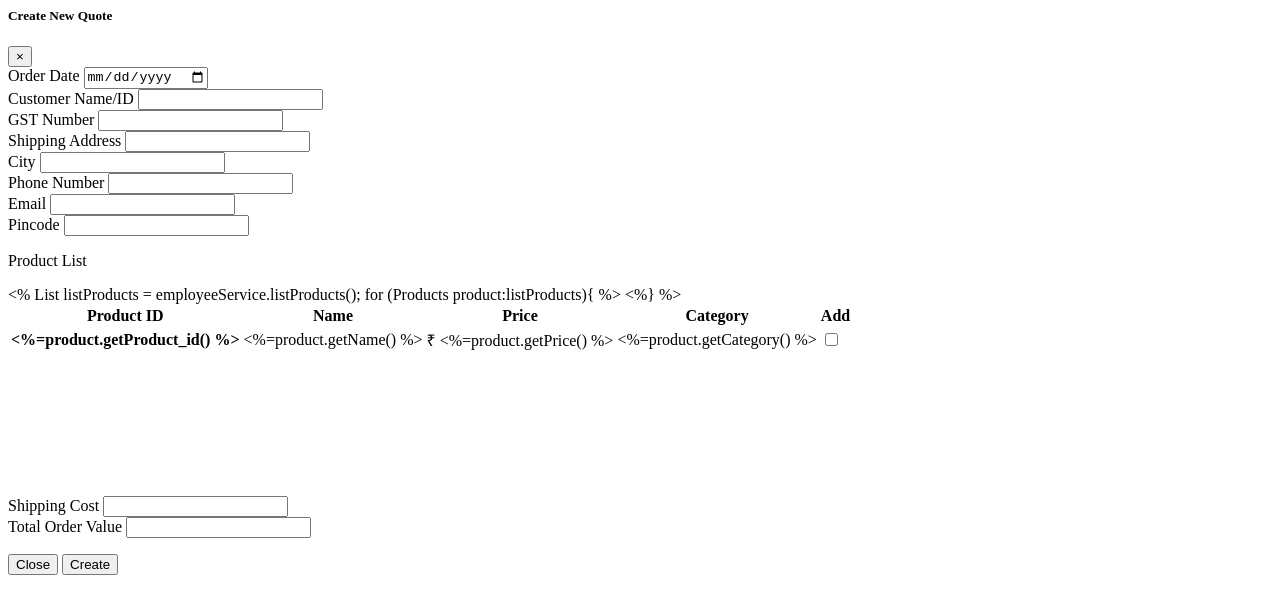
Repository: hrishibhattu/CodeFury-Internal-2
Page: ToYoDo/WebContent/WEB-INF/modal/quote.html
The author's editor kept a copy of each file at every save. The page is drawn from the files as they stood at one save, then again after the next save.
The browser window is 1280 px wide. The pictures show the whole page.

Above is the page before, as saved 2021-09-19 13:25:18.

### ToYoDo/WebContent/WEB-INF/modal/quote.html
<!-- modal for creating new quote -->
<div class="modal fade" id="exampleModalCenter" tabindex="-1"
	role="dialog" aria-labelledby="exampleModalCenterTitle"
	aria-hidden="true">
	<div class="modal-dialog modal-dialog-centered modal-lg" role="document">
		<div class="modal-content">
			<div class="modal-header">
				<h5 class="modal-title" id="exampleModalLongTitle">Create New
					Quote</h5>
				<button type="button" class="close" data-dismiss="modal"
					aria-label="Close">
					<span aria-hidden="true">&times;</span>
				</button>
			</div>
			<div class="modal-body">

				<form>
					<div class="form-row">
						<div class="form-group col-md-4">
							<label for="orderdate">Order Date</label> <input type="date"
								class="form-control" id="inputEmail4">
						</div>
						<div class="form-group col-md-4">
							<label for="customerNameID">Customer Name/ID</label> <input type="text"
							class="form-control" id="inputAddress">
						</div>
						<div class="form-group col-md-4">
							<label for="gstNo">GST Number</label> <input type="text"
							class="form-control" id="inputAddress">
						</div>
					</div>
					<div class="form-row">
						<div class="form-group col-md-6">
							<label for="shippingAddress">Shipping Address</label> <input type="text"
							class="form-control" id="inputAddress">
						</div>
						<div class="form-group col-md-6">
							<label for="city">City</label> <input type="text"
							class="form-control" id="city">
						</div>
					</div>
					<div class="form-row">
						<div class="form-group col-md-4">
							<label for="phone">Phone Number</label> <input type="number"
							class="form-control" id="phone">
						</div>
						<div class="form-group col-md-6">
							<label for="email">Email</label> <input type="email"
							class="form-control" id="email">
						</div>
						<div class="form-group col-md-2">
							<label for="pincode">Pincode</label> <input type="number"
							class="form-control" id="pincode">
						</div>
					</div>
					<p>Product List</p>

					<div class="container-fluid" style="height: 210px; overflow-y: auto;">
					    <div class="row">
						      <table class="table table-hover table-sm">
								  <thead class="thead-dark">
								    <tr>
								      <th scope="col">Product ID</th>
								      <th scope="col">Name</th>
								      <th scope="col">Price</th>
								      <th scope="col">Category</th>
								      <th scope="col">Add</th>
								    </tr>
								  </thead>
								  <tbody>
									<%
										List<Products> listProducts = employeeService.listProducts();
										for (Products product:listProducts){
									%>
								    <tr>
								      <th><%=product.getProduct_id() %></th>
								      <td><%=product.getName() %></td>
								      <td>&#8377; <%=product.getPrice() %></td>
								      <td><%=product.getCategory() %></td>
								      <td><input type="checkbox" name="addProduct"></td>
								    </tr>

								    <%} %>
								  </tbody>
							</table>
					    </div>
					</div>
							<div class="form-row">
								<div class="form-group col-md-6">
									<label for="shippingCost">Shipping Cost</label> <input type="number"
									class="form-control" id="shippingCost">
								</div>
								<div class="form-group col-md-6">
									<label for="totalOrderValue">Total Order Value</label> <input type="number"
									class="form-control" id="totalOrderValue">
								</div>
							</div>
				</form>

			</div>
			<div class="modal-footer">
				<button type="button" class="btn btn-secondary" data-dismiss="modal">Close</button>
				<button type="button" class="btn btn-primary">Create</button>
			</div>
		</div>
	</div>
</div>

After the next save:
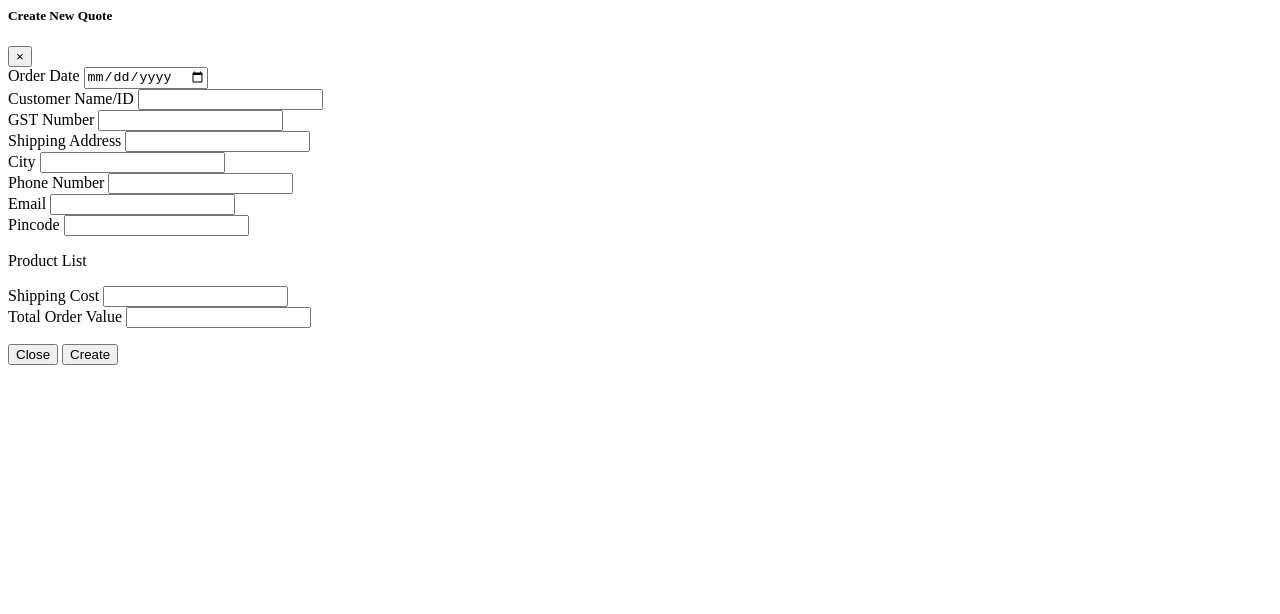
Saved 114 s later.
--- a/ToYoDo/WebContent/WEB-INF/modal/quote.html
+++ b/ToYoDo/WebContent/WEB-INF/modal/quote.html
@@ -55,36 +55,6 @@
 					</div>
 					<p>Product List</p>
 
-					<div class="container-fluid" style="height: 210px; overflow-y: auto;">
-					    <div class="row">
-						      <table class="table table-hover table-sm">
-								  <thead class="thead-dark">
-								    <tr>
-								      <th scope="col">Product ID</th>
-								      <th scope="col">Name</th>
-								      <th scope="col">Price</th>
-								      <th scope="col">Category</th>
-								      <th scope="col">Add</th>
-								    </tr>
-								  </thead>
-								  <tbody>
-									<%
-										List<Products> listProducts = employeeService.listProducts();
-										for (Products product:listProducts){
-									%>
-								    <tr>
-								      <th><%=product.getProduct_id() %></th>
-								      <td><%=product.getName() %></td>
-								      <td>&#8377; <%=product.getPrice() %></td>
-								      <td><%=product.getCategory() %></td>
-								      <td><input type="checkbox" name="addProduct"></td>
-								    </tr>
-
-								    <%} %>
-								  </tbody>
-							</table>
-					    </div>
-					</div>
 							<div class="form-row">
 								<div class="form-group col-md-6">
 									<label for="shippingCost">Shipping Cost</label> <input type="number"
